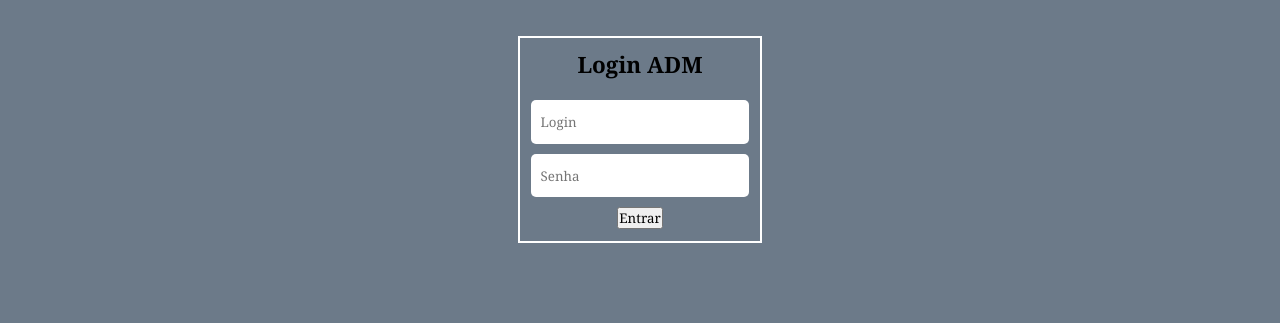
Repository: ArthurKJun/ProjetoCantinaEclipse
Page: http://localhost/arsan/loginAdministrador.jsp
These files come from the project's save history. The page is drawn as it stood at one moment and after the next save; the edit follows.
The browser window is 1280 px wide. The pictures show the whole page.
The page is served by Tomcat 9.

Above is the page before, as saved 2023-11-03 23:13:21.

After the next save:
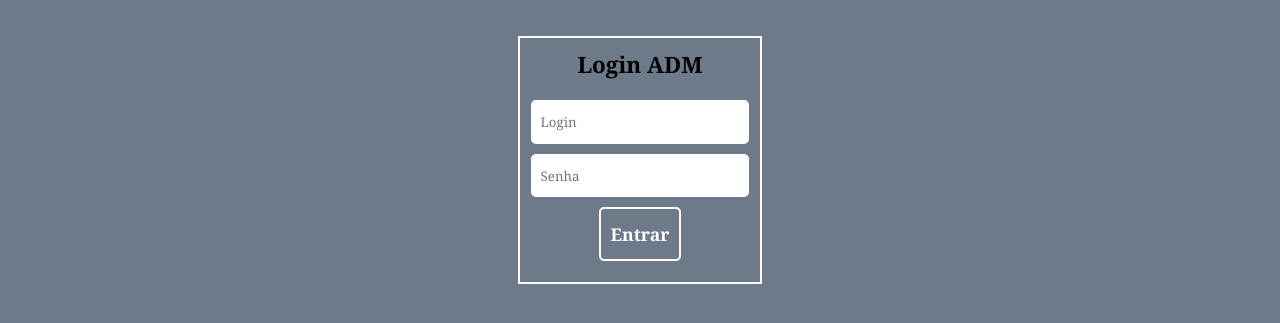
Saved 37 s later.
--- a/arsan/src/main/webapp/loginAdministrador.jsp
+++ b/arsan/src/main/webapp/loginAdministrador.jsp
@@ -30,7 +30,7 @@
 
 					<input type="password" name="senha" id="senha" placeholder="Senha">
 
-                    <button onclick="logar()">Entrar</button>
+                    <input type="submit" value="Entrar" onclick="logar()">
 
 				</form>
 
